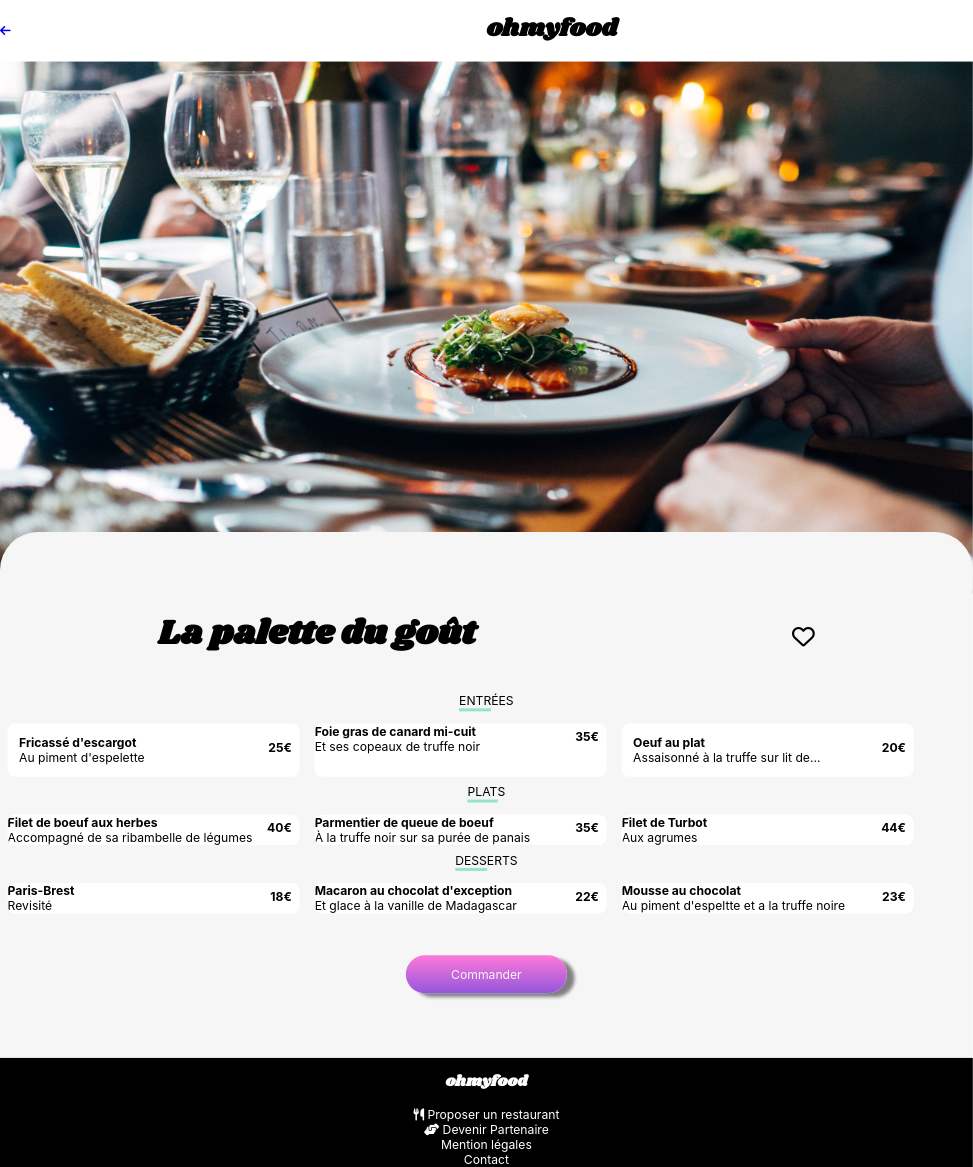
Repository: yacinebouk/ohmyfood
Page: palette.html
An editor plug-in stored every save of this project. The page is shown before and after the next save, followed by the edit.
The browser window is 1280 px wide. The pictures show the whole page, at 76% of full size.
Some web libraries are served in a nearby version. The style sheet was rebuilt from its Sass, Less or Tailwind sources for each picture, by a compiler version that may differ from the author's.

Above is the page before, as saved 2022-06-27 16:16:00.

After the next save:
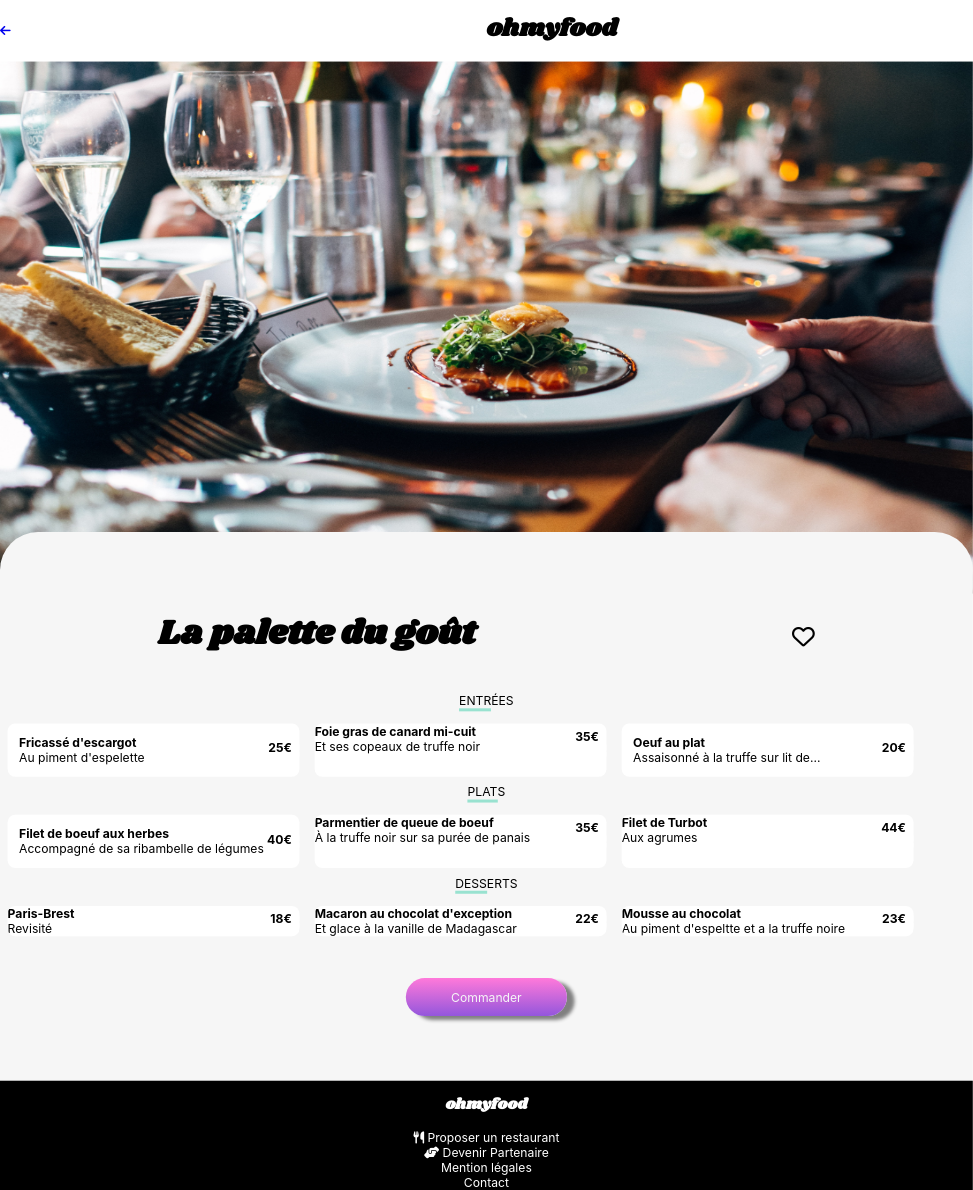
Saved 50 s later.
--- a/palette.html
+++ b/palette.html
@@ -66,14 +66,17 @@
                     <div class="tittle"><span>PLAT</span>S</div>
                     <div class="block">
                         <div class="border">
-                            <div class="text">
-                                <div class="major"><b>Filet de boeuf aux herbes</b></div>
-                                <div class="flavors">Accompagné de sa ribambelle de légumes</div>
+                            <div class="pd-15">
+
+                                <div class="text">
+                                    <div class="major"><b>Filet de boeuf aux herbes</b></div>
+                                    <div class="flavors">Accompagné de sa ribambelle de légumes</div>
+                                </div>
+                                <div class="block-price">
+                                    <div class="price"><b>40€</b></div>
+                                </div>
                             </div>
-                            <div class="block-price">
-                                <div class="price"><b>40€</b></div>
-                                <div class="icon-slide"><i class="fa-solid fa-circle-check"></i></div>
-                            </div>
+                            <div class="icon-slide"><i class="fa-solid fa-circle-check"></i></div>
                         </div>
                         <div class="border">
                             <div class="text">
